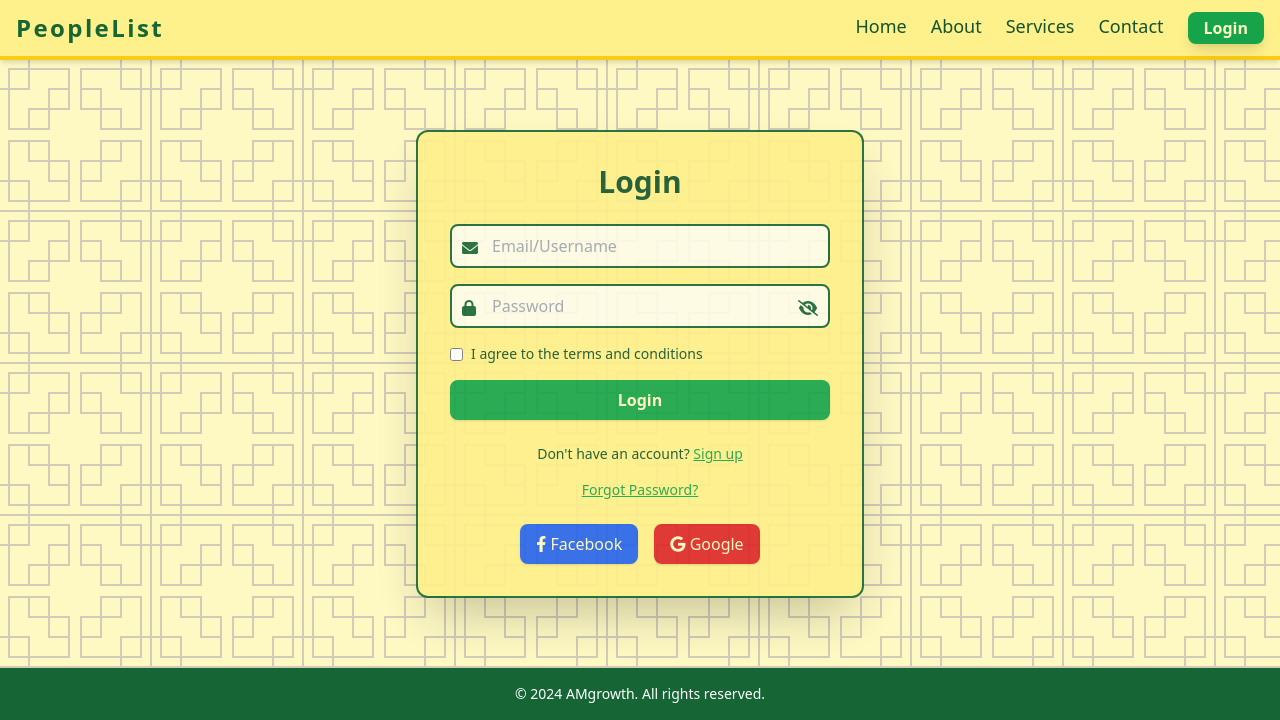
Repository: ArievfRahman-Dev/Mini-Project-II
Page: /login (app in miniproject2/)
These files come from the project's save history. The page is drawn as it stood at one moment and after the next save; the edit follows.
The browser window is 1280 px wide. The pictures show the whole page.
The project was rebuilt for these pictures with package versions that can differ from the ones it lists, and the page was loaded fresh each time. Also part of the build but not shown: miniproject2/vite.config.js, miniproject2/src/pages/HomePage/index.jsx, miniproject2/src/pages/DetailUser/index.jsx, miniproject2/src/pages/RegisterPages/index.jsx, miniproject2/src/routes/ProtectedRoute.jsx.

Above is the page before, as saved 2024-12-24 09:31:39.

### miniproject2/index.html
<!DOCTYPE html>
<html lang="en">
  <head>
    <meta charset="UTF-8" />
    <link rel="icon" type="image/svg+xml" href="/vite.svg" />
    <meta name="viewport" content="width=device-width, initial-scale=1.0" />
    <title>Vite + React</title>
    <link
      href="https://cdnjs.cloudflare.com/ajax/libs/font-awesome/6.0.0-beta3/css/all.min.css"
      rel="stylesheet"
    />

    <link
      href="https://fonts.googleapis.com/css2?family=Roboto:wght@400;500;700&display=swap"
      rel="stylesheet"
    />
    <link
      href="https://cdn.jsdelivr.net/npm/remixicon/fonts/remixicon.css"
      rel="stylesheet"
    />
  </head>
  <body>
    <div id="root"></div>
    <script type="module" src="/src/main.jsx"></script>
  </body>
</html>

### miniproject2/src/App.jsx
import { BrowserRouter, Routes, Route } from "react-router-dom";
import { HomePage } from "./pages/HomePage";
import { DetailUser } from "./pages/DetailUser";
import { LoginPage } from "./pages/LoginPage";
import { RegisterPage } from "./pages/RegisterPages";
import { ProtectedRoute } from "./routes/ProtectedRoute";

export const App = () => {
  return (
    <div>
      <BrowserRouter>
        <Routes>
          <Route path="/" element={<HomePage />} />
          <Route
            path="/detail/:id"
            element={
              <ProtectedRoute>
                <DetailUser />
              </ProtectedRoute>
            }
          />
          <Route path="/login" element={<LoginPage />} />
          <Route path="/regist" element={<RegisterPage />} />
        </Routes>
      </BrowserRouter>
    </div>
  );
};

### miniproject2/src/pages/LoginPage/index.jsx
import axios from "axios";
import { useState } from "react";
import { useNavigate } from "react-router-dom";
import { Navbar } from "../../components/Navbar";
import { Footer } from "../../components/Footer";
import { Link } from "react-router-dom";
export const LoginPage = () => {
  const [form, setForm] = useState({
    email: "",
    password: "",
  });
  const [error, setError] = useState("");
  const [success, setSuccess] = useState("");
  const [loading, setLoading] = useState(false);
  const [showPassword, setShowPassword] = useState(false);

  const navigate = useNavigate();

  const handleChange = (e) => {
    setForm({
      ...form,
      [e.target.name]: e.target.value,
    });
  };

  const handleLogin = async (e) => {
    e.preventDefault();
    setLoading(true);
    try {
      const res = await axios.post("https://reqres.in/api/login", form);
      localStorage.setItem("access_token", res.data.token);
      setError("");
      setSuccess("Login Success");
      setTimeout(() => {
        navigate("/");
      }, 2000);
      console.log(res);
    } catch (error) {
      console.log(error.response);
      setError(error.response.data.error);
    } finally {
      setLoading(false);
    }
  };

  return (
    <div className="flex flex-col min-h-screen bg-yellow-100 ">
      <Navbar />
      <div className="flex items-center justify-center flex-1 p-4 bg-[url('data:[embedded picture, 899 characters]')] ">
        <div className="w-full max-w-md p-8 bg-yellow-200 border-2 border-green-800 shadow-2xl opacity-90 rounded-xl ">
          <h1 className="mb-6 text-3xl font-bold text-center text-green-900 retro-font">
            Login
          </h1>

          <form>
            <div className="mb-4 relative">
              <input
                placeholder="Email/Username"
                type="email"
                name="email"
                onChange={handleChange}
                className="w-full pl-10 px-4 py-2 text-green-900 border-2 border-green-800 rounded-lg focus:outline-none focus:ring-2 focus:ring-yellow-400 bg-yellow-50"
              />
              <span className="absolute left-3 top-3 text-green-800">
                <i className="fas fa-envelope"></i>
              </span>
            </div>
            <div className="mb-4 relative">
              <input
                placeholder="Password"
                type={showPassword ? "text" : "password"}
                name="password"
                onChange={handleChange}
                className="w-full pl-10 pr-10 px-4 py-2 text-green-900 border-2 border-green-800 rounded-lg focus:outline-none focus:ring-2 focus:ring-yellow-400 bg-yellow-50"
              />
              <span className="absolute left-3 top-3 text-green-800">
                <i className="fas fa-lock"></i>
              </span>
              <span
                className="absolute right-3 top-3 text-green-800 cursor-pointer"
                onClick={() => setShowPassword(!showPassword)}
              >
                <i
                  className={showPassword ? "fas fa-eye" : "fas fa-eye-slash"}
                ></i>
              </span>
            </div>
            <div className="mb-4 flex items-center">
              <input
                type="checkbox"
                name="agreement"
                id="agreement"
                className="mr-2"
              />
              <label htmlFor="agreement" className="text-green-900 text-sm">
                I agree to the terms and conditions
              </label>
            </div>
            {error && <p className="mb-4 text-sm text-red-500">{error}</p>}
            {success && (
              <p className="mb-4 text-sm text-green-500">{success}</p>
            )}
            <button
              disabled={loading}
              onClick={handleLogin}
              className={`w-full px-4 py-2 font-semibold text-yellow-100 rounded-lg shadow retro-font ${
                loading
                  ? "bg-yellow-400 cursor-not-allowed"
                  : "bg-green-600 hover:bg-green-800"
              } focus:outline-none focus:ring-2 focus:ring-green-400 focus:ring-offset-1`}
              type="submit"
            >
              {loading ? "Loading..." : "Login"}
            </button>
          </form>
          <p className="mt-6 text-sm text-center text-green-900">
            Don't have an account?{" "}
            <Link
              to={`/regist`}
              className="text-green-600 underline hover:text-green-800 retro-font"
            >
              Sign up
            </Link>
          </p>
          <p className="mt-4 text-sm text-center text-green-900">
            <Link
              to={`/forgot-password`}
              className="text-green-600 underline hover:text-green-800 retro-font"
            >
              Forgot Password?
            </Link>
          </p>
          <div className="mt-6 flex justify-center gap-4">
            <button className="px-4 py-2 text-yellow-100 bg-blue-600 rounded-lg shadow hover:bg-blue-800 focus:outline-none focus:ring-2 focus:ring-blue-400 focus:ring-offset-1">
              <i className="fab fa-facebook-f"></i> Facebook
            </button>
            <button className="px-4 py-2 text-yellow-100 bg-red-600 rounded-lg shadow hover:bg-red-800 focus:outline-none focus:ring-2 focus:ring-red-400 focus:ring-offset-1">
              <i className="fab fa-google"></i> Google
            </button>
          </div>
        </div>
      </div>

      <Footer />
    </div>
  );
};

### miniproject2/src/components/Navbar/index.jsx
import { Link, useNavigate } from "react-router-dom";
import { useState } from "react";

export const Navbar = () => {
  const navigate = useNavigate();
  const token = localStorage.getItem("access_token");
  const [isMenuOpen, setIsMenuOpen] = useState(false);
  const [activeLink, setActiveLink] = useState("");

  const handleLogout = () => {
    localStorage.clear();
    setTimeout(() => {
      navigate("/login");
    }, 1000);
  };

  const toggleMenu = () => {
    setIsMenuOpen((prevState) => !prevState);
  };

  const closeMenu = () => {
    setIsMenuOpen(false);
  };

  const handleLinkClick = (sectionId) => {
    setActiveLink(sectionId);
    closeMenu();
  };

  return (
    <nav className="sticky top-0 z-50 bg-yellow-200 border-b-4 border-yellow-400 shadow-md">
      <div className="container mx-auto px-4 py-3 flex justify-between items-center">
        <Link
          to="/"
          className="text-2xl font-bold text-green-800 retro-font tracking-widest"
        >
          PeopleList
        </Link>

        <div className="hidden md:flex space-x-6">
          <Link
            to="/"
            className={`text-green-900 hover:text-yellow-700 font-medium text-lg ${
              activeLink === "home" ? "text-yellow-700" : ""
            }`}
            onClick={() => handleLinkClick("home")}
          >
            Home
          </Link>
          <Link
            to="/"
            className={`text-green-900 hover:text-yellow-700 font-medium text-lg ${
              activeLink === "about" ? "text-yellow-700" : ""
            }`}
            onClick={() => handleLinkClick("about")}
          >
            About
          </Link>
          <Link
            to="/"
            className={`text-green-900 hover:text-yellow-700 font-medium text-lg ${
              activeLink === "services" ? "text-yellow-700" : ""
            }`}
            onClick={() => handleLinkClick("services")}
          >
            Services
          </Link>
          <Link
            to="/"
            className={`text-green-900 hover:text-yellow-700 font-medium text-lg ${
              activeLink === "contact" ? "text-yellow-700" : ""
            }`}
            onClick={() => handleLinkClick("contact")}
          >
            Contact
          </Link>
          {token ? (
            <button
              className="px-4 py-1 font-semibold text-yellow-100 transition-colors bg-gray-500 rounded-lg hover:bg-gray-600 retro-font shadow-lg"
              onClick={handleLogout}
            >
              Logout
            </button>
          ) : (
            <Link
              to="/login"
              className="px-4 py-1 font-semibold text-yellow-100 transition-colors bg-green-600 rounded-lg hover:bg-green-800 retro-font shadow-lg"
            >
              Login
            </Link>
          )}
        </div>
        <div className="md:hidden" onClick={toggleMenu}>
          <i className={isMenuOpen ? "ri-close-line" : "ri-menu-line"}></i>
        </div>
      </div>
      {isMenuOpen && (
        <div className="md:hidden flex flex-row justify-between mx-4 items-center py-3 bg-yellow-200">
          <Link
            to="/"
            className={`text-green-900 hover:text-yellow-700 font-medium text-lg py-2 ${
              activeLink === "home" ? "text-yellow-700" : ""
            }`}
            onClick={() => handleLinkClick("home")}
          >
            Home
          </Link>
          <Link
            to="/"
            className={`text-green-900 hover:text-yellow-700 font-medium text-lg py-2 ${
              activeLink === "about" ? "text-yellow-700" : ""
            }`}
            onClick={() => handleLinkClick("about")}
          >
            About
          </Link>
          <Link
            to="/"
            className={`text-green-900 hover:text-yellow-700 font-medium text-lg py-2 ${
              activeLink === "services" ? "text-yellow-700" : ""
            }`}
            onClick={() => handleLinkClick("services")}
          >
            Services
          </Link>
          <Link
            to="/"
            className={`text-green-900 hover:text-yellow-700 font-medium text-lg py-2 ${
              activeLink === "contact" ? "text-yellow-700" : ""
            }`}
            onClick={() => handleLinkClick("contact")}
          >
            Contact
          </Link>
          {token ? (
            <button
              className="px-4 py-2 font-semibold text-yellow-100 bg-gray-500 rounded-lg hover:bg-gray-600 retro-font shadow-lg mt-2"
              onClick={handleLogout}
            >
              Logout
            </button>
          ) : (
            <Link
              to="/login"
              className="px-4 py-2 font-semibold text-yellow-100 bg-green-600 rounded-lg hover:bg-green-800 retro-font shadow-lg mt-2"
              onClick={closeMenu}
            >
              Login
            </Link>
          )}
        </div>
      )}
    </nav>
  );
};

### miniproject2/src/components/Footer/index.jsx
export const Footer = () => {
  return (
    <div className="bg-green-800 text-white py-4">
      <div className="container mx-auto text-center">
        <p className="text-sm">
          &copy; {new Date().getFullYear()} AMgrowth. All rights reserved.
        </p>
      </div>
    </div>
  );
};

Loaded but not shown: miniproject2/src/main.jsx (common file); miniproject2/src/index.css (common file); miniproject2/tailwind.config.js (common file)

After the next save:
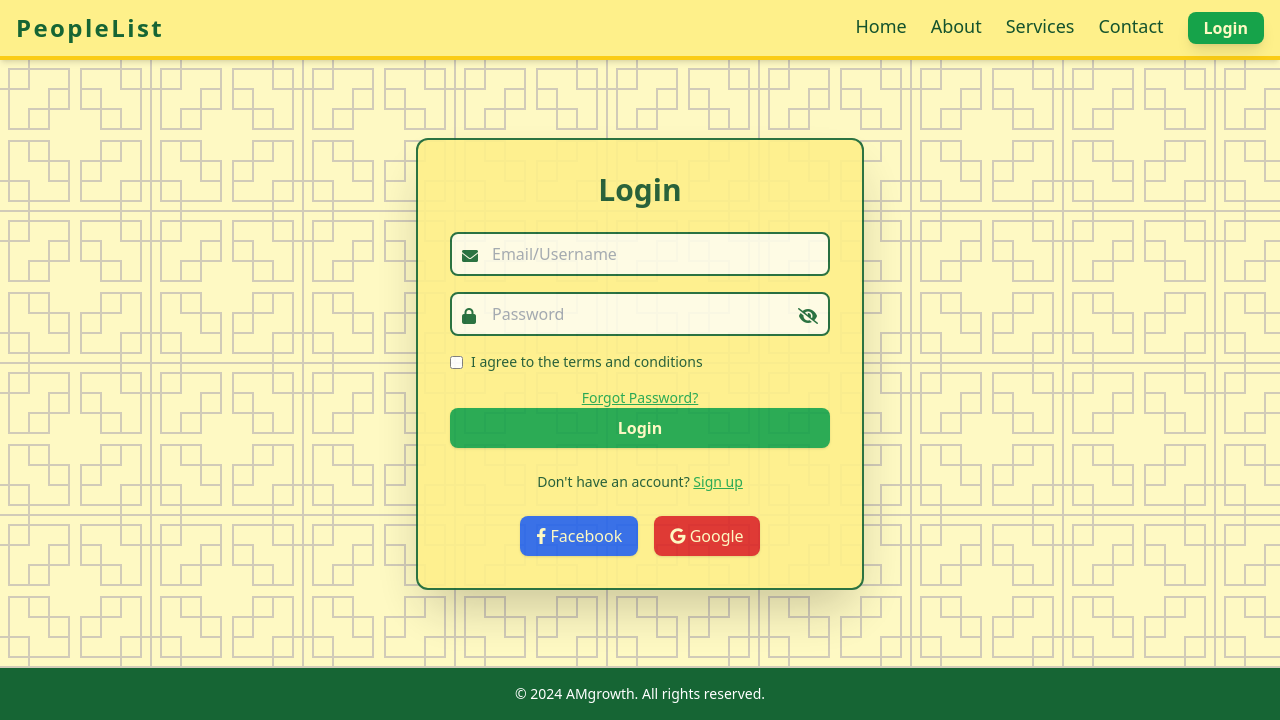
Saved 105 s later.
--- a/miniproject2/src/pages/LoginPage/index.jsx
+++ b/miniproject2/src/pages/LoginPage/index.jsx
@@ -96,6 +96,14 @@
                 I agree to the terms and conditions
               </label>
             </div>
+            <p className="mt-4 text-sm text-center text-green-900">
+              <Link
+                to={`/forgot-password`}
+                className="text-green-600 underline hover:text-green-800 retro-font"
+              >
+                Forgot Password?
+              </Link>
+            </p>
             {error && <p className="mb-4 text-sm text-red-500">{error}</p>}
             {success && (
               <p className="mb-4 text-sm text-green-500">{success}</p>
@@ -122,14 +130,7 @@
               Sign up
             </Link>
           </p>
-          <p className="mt-4 text-sm text-center text-green-900">
-            <Link
-              to={`/forgot-password`}
-              className="text-green-600 underline hover:text-green-800 retro-font"
-            >
-              Forgot Password?
-            </Link>
-          </p>
+
           <div className="mt-6 flex justify-center gap-4">
             <button className="px-4 py-2 text-yellow-100 bg-blue-600 rounded-lg shadow hover:bg-blue-800 focus:outline-none focus:ring-2 focus:ring-blue-400 focus:ring-offset-1">
               <i className="fab fa-facebook-f"></i> Facebook

After the save that followed:
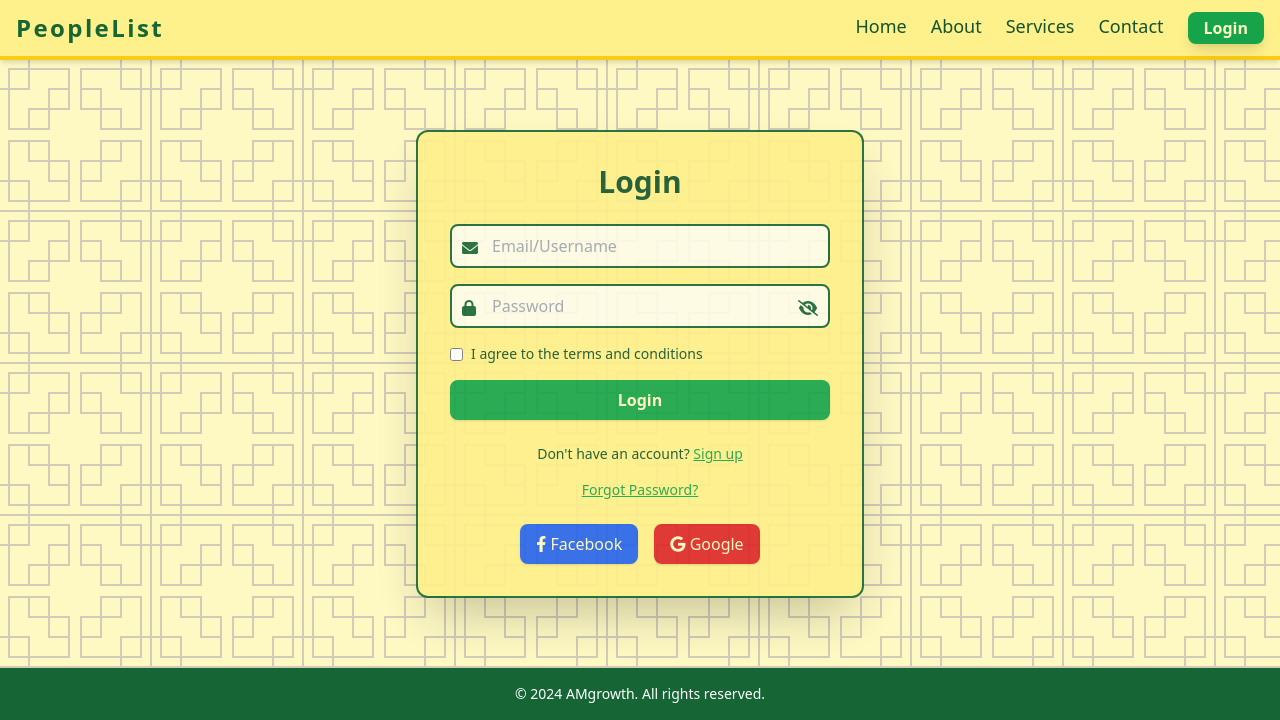
Saved 14 s later.
--- a/miniproject2/src/pages/LoginPage/index.jsx
+++ b/miniproject2/src/pages/LoginPage/index.jsx
@@ -96,14 +96,6 @@
                 I agree to the terms and conditions
               </label>
             </div>
-            <p className="mt-4 text-sm text-center text-green-900">
-              <Link
-                to={`/forgot-password`}
-                className="text-green-600 underline hover:text-green-800 retro-font"
-              >
-                Forgot Password?
-              </Link>
-            </p>
             {error && <p className="mb-4 text-sm text-red-500">{error}</p>}
             {success && (
               <p className="mb-4 text-sm text-green-500">{success}</p>
@@ -130,7 +122,14 @@
               Sign up
             </Link>
           </p>
-
+          <p className="mt-4 text-sm text-center text-green-900">
+            <Link
+              to={`/forgot-password`}
+              className="text-green-600 underline hover:text-green-800 retro-font"
+            >
+              Forgot Password?
+            </Link>
+          </p>
           <div className="mt-6 flex justify-center gap-4">
             <button className="px-4 py-2 text-yellow-100 bg-blue-600 rounded-lg shadow hover:bg-blue-800 focus:outline-none focus:ring-2 focus:ring-blue-400 focus:ring-offset-1">
               <i className="fab fa-facebook-f"></i> Facebook
